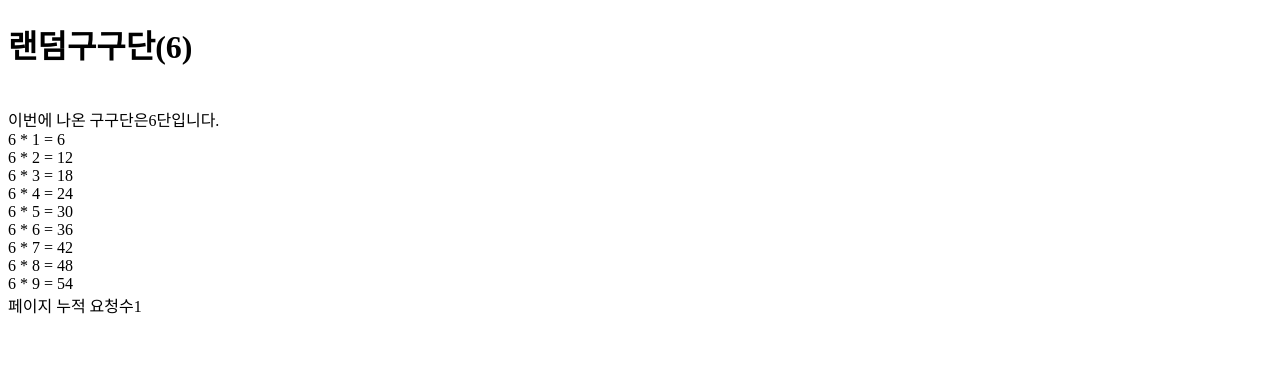
Repository: eun-chongzzz/jsp_practice
Page: http://localhost/JSPBasic/jspTag/TagQ02.jsp
These files come from the project's save history. The page is drawn as it stood at one moment and after the next save; the edit follows.
The browser window is 1280 px wide. The pictures show the whole page.
The page is served by Tomcat 9.

Above is the page before, as saved 2022-01-28 06:38:44.

### JSPBasic/src/main/webapp/jspTag/TagQ02.jsp
<%@ page language="java" contentType="text/html; charset=UTF-8"
    pageEncoding="UTF-8"%>
<!DOCTYPE html>
<html>
<head>
<meta charset="UTF-8">
<title>Insert title here</title>
</head>
<body>
	<%!
		public int total = 0;

	%>

	<%
	int rN = (int)(Math.random() * 8) + 1;
	out.println("<h1>랜덤구구단("+ rN + ")</h1>"+"<br/>");
	out.println("이번에 나온 구구단은"+ rN + "단입니다." + "<br/>");
	for(int j=1; j<10; j++){
		out.println(rN + " * " + j + " = " + rN * j +"<br/>");
	}

	out.println("페이지 누적 요청수" + ++total);
	%>
</body>
</html>

After the next save:
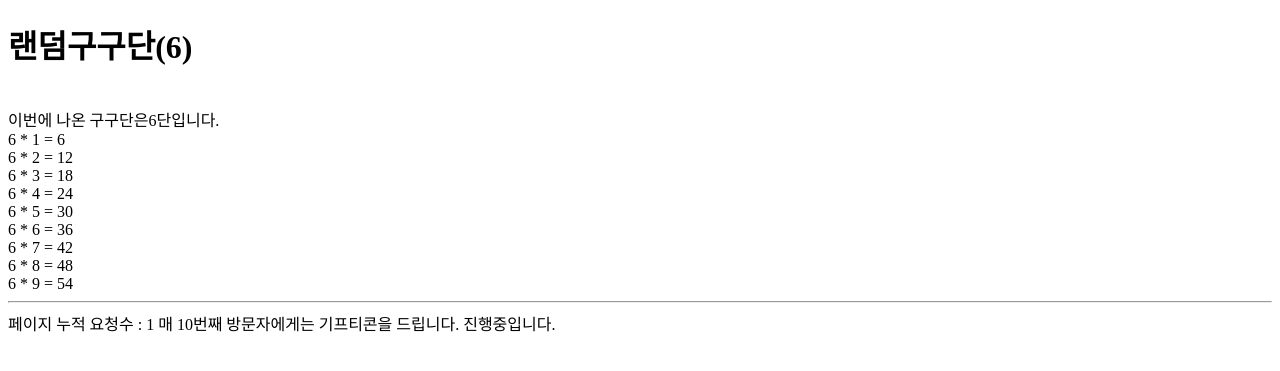
Saved 4 min 12 s later.
--- a/JSPBasic/src/main/webapp/jspTag/TagQ02.jsp
+++ b/JSPBasic/src/main/webapp/jspTag/TagQ02.jsp
@@ -19,8 +19,14 @@
 	for(int j=1; j<10; j++){
 		out.println(rN + " * " + j + " = " + rN * j +"<br/>");
 	}
-
-	out.println("페이지 누적 요청수" + ++total);
+	out.println("<hr>");
+	out.println("페이지 누적 요청수 : " + ++total);
+	out.println("매 10번째 방문자에게는 기프티콘을 드립니다.");
+	if(++total == 10){
+		out.println("당첨되셨습니다!");
+	} else {
+		out.println("진행중입니다.");
+	}
 	%>
 </body>
 </html>
